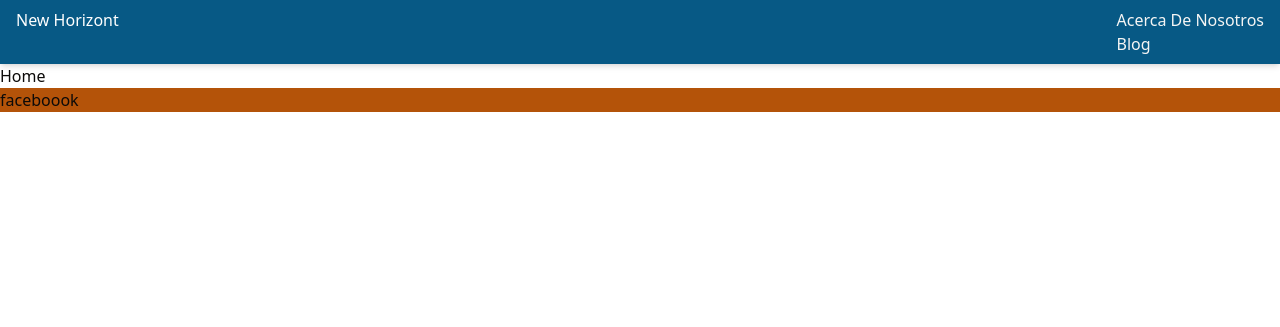
Repository: jefrydep/new-horizont-school
Page: /
The author's editor kept a copy of each file at every save. The page is drawn from the files as they stood at one save, then again after the next save.
The browser window is 1280 px wide. The pictures show the whole page.
The project was rebuilt for these pictures with package versions that can differ from the ones it lists, and the page was loaded fresh each time. The framework's server and built-in components were replaced by stand-ins that run in the browser. Also part of the build but not shown: next.config.ts.

Above is the page before, as saved 2024-11-07 19:52:08.

### src/app/(new-horizont-school)/layout.tsx
// import type { Metadata } from "next";
// import localFont from "next/font/local";

import Navbar from "@/components/Navbar";

// const geistSans = localFont({
//   src: "./fonts/GeistVF.woff",
//   variable: "--font-geist-sans",
//   weight: "100 900",
// });
// const geistMono = localFont({
//   src: "./fonts/GeistMonoVF.woff",
//   variable: "--font-geist-mono",
//   weight: "100 900",
// });

// export const metadata: Metadata = {
//   title: "Create Next App",
//   description: "Generated by create next app",
// };

export default function SchoolLayout({
  children,
}: Readonly<{
  children: React.ReactNode;
}>) {
  return (
    <html lang="en">
      <body
      // className={`${geistSans.variable} ${geistMono.variable} antialiased`}
      >
        {children}
      </body>
    </html>
  );
}

### src/app/layout.tsx
import type { Metadata } from "next";
import localFont from "next/font/local";
import "./globals.css";
import Navbar from "@/components/Navbar";
import { Button } from "@/components/ui/button";
import Footer from "@/components/Footer";

const geistSans = localFont({
  src: "./fonts/GeistVF.woff",
  variable: "--font-geist-sans",
  weight: "100 900",
});
const geistMono = localFont({
  src: "./fonts/GeistMonoVF.woff",
  variable: "--font-geist-mono",
  weight: "100 900",
});

export const metadata: Metadata = {
  title: "Create Next App",
  description: "Generated by create next app",
};

export default function RootLayout({
  children,
}: Readonly<{
  children: React.ReactNode;
}>) {
  return (
    <html lang="en">
      <body
        className={`   ${geistSans.variable} ${geistMono.variable} antialiased`}
      >
        <Navbar />
        {children}
        <div className=" sm:hidden bg-white border flex justify-center py-3  absolute bottom-0 right-0 left-0">
          <Button className="bg-green-500">
            <span>w</span> Contacto
          </Button>
        </div>
        {/* <div className="absolute bg-red-400 bottom-0 left-1/2 transform -translate-x-1/2 mb-4">
          <Button>Contacto</Button>
        </div> */}
        <Footer/>
      </body>
    </html>
  );
}

### src/app/globals.css
@tailwind base;
@tailwind components;
@tailwind utilities;

/* :root {
  --background: #ffffff;
  --foreground: #171717;
}

@media (prefers-color-scheme: dark) {
  :root {
    --background: #0a0a0a;
    --foreground: #ededed;
  }
}

body {
  color: var(--foreground);
  background: var(--background);
  font-family: Arial, Helvetica, sans-serif;
} */
@layer base {
  :root {
    --background: 0 0% 100%;
    --foreground: 20 14.3% 4.1%;
    --card: 0 0% 100%;
    --card-foreground: 20 14.3% 4.1%;
    --popover: 0 0% 100%;
    --popover-foreground: 20 14.3% 4.1%;
    --primary: 24 9.8% 10%;
    --primary-foreground: 60 9.1% 97.8%;
    --secondary: 60 4.8% 95.9%;
    --secondary-foreground: 24 9.8% 10%;
    --muted: 60 4.8% 95.9%;
    --muted-foreground: 25 5.3% 44.7%;
    --accent: 60 4.8% 95.9%;
    --accent-foreground: 24 9.8% 10%;
    --destructive: 0 84.2% 60.2%;
    --destructive-foreground: 60 9.1% 97.8%;
    --border: 20 5.9% 90%;
    --input: 20 5.9% 90%;
    --ring: 20 14.3% 4.1%;
    --chart-1: 12 76% 61%;
    --chart-2: 173 58% 39%;
    --chart-3: 197 37% 24%;
    --chart-4: 43 74% 66%;
    --chart-5: 27 87% 67%;
    --radius: 0.5rem
  }
  .dark {
    --background: 20 14.3% 4.1%;
    --foreground: 60 9.1% 97.8%;
    --card: 20 14.3% 4.1%;
    --card-foreground: 60 9.1% 97.8%;
    --popover: 20 14.3% 4.1%;
    --popover-foreground: 60 9.1% 97.8%;
    --primary: 60 9.1% 97.8%;
    --primary-foreground: 24 9.8% 10%;
    --secondary: 12 6.5% 15.1%;
    --secondary-foreground: 60 9.1% 97.8%;
    --muted: 12 6.5% 15.1%;
    --muted-foreground: 24 5.4% 63.9%;
    --accent: 12 6.5% 15.1%;
    --accent-foreground: 60 9.1% 97.8%;
    --destructive: 0 62.8% 30.6%;
    --destructive-foreground: 60 9.1% 97.8%;
    --border: 12 6.5% 15.1%;
    --input: 12 6.5% 15.1%;
    --ring: 24 5.7% 82.9%;
    --chart-1: 220 70% 50%;
    --chart-2: 160 60% 45%;
    --chart-3: 30 80% 55%;
    --chart-4: 280 65% 60%;
    --chart-5: 340 75% 55%
  }
}
@layer base {
  * {
    @apply border-border;
  }
  body {
    @apply bg-background text-foreground;
  }
}

### src/components/Navbar.tsx
"use client";
import { Menu, X } from "lucide-react";
import Link from "next/link";
import { useState } from "react";

export default function Navbar() {
  const [isOpen, setIsOpen] = useState<boolean>(false);

  return (
    <header className="bg-sky-800 shadow-md h-16">
      <div className="flex justify-between  m-auto container px-4 py-2">
        <div className="text-white">New Horizont</div>
        <nav className="outline-none hidden sm:block list-none">
          <li className="text-secondary">
            <Link href={"/about"}>Acerca De Nosotros</Link>
          </li>
          <li className="text-secondary">
            <Link href={"/blog"}>Blog</Link>
          </li>
        </nav>

        {/* Icono de Menú para abrir el menú en móvil */}
        {!isOpen && (
          <div className="sm:hidden">
            <Menu onClick={() => setIsOpen(!isOpen)} color="white" size={45} />
          </div>
        )}

        {/* Menú desplegable con animación */}
        <div
          className={`${
            isOpen ? "opacity-100 visible" : "opacity-0 invisible"
          } absolute top-0 bottom-0 right-0 left-0 bg-black opacity-95 z-30 list-none transition-all ease-in-out `}
        >
          {isOpen && (
            <>
              <li className="text-white p-4">
                <Link href={"/about"}>Acerca De Nosotros</Link>
              </li>
              <li className="text-white p-4">
                <Link href={"/blog"}>Blog</Link>
              </li>
            </>
          )}
        </div>

        {/* Botón para cerrar el menú */}
        {isOpen && (
          <div className="z-40 absolute right-4 sm:hidden">
            <X onClick={() => setIsOpen(!isOpen)} color="white" size={45} />
          </div>
        )}
      </div>
    </header>
  );
}

### src/components/ui/button.tsx
import * as React from "react"
import { Slot } from "@radix-ui/react-slot"
import { cva, type VariantProps } from "class-variance-authority"

import { cn } from "@/lib/utils"

const buttonVariants = cva(
  "inline-flex items-center justify-center gap-2 whitespace-nowrap rounded-md text-sm font-medium transition-colors focus-visible:outline-none focus-visible:ring-1 focus-visible:ring-ring disabled:pointer-events-none disabled:opacity-50 [&_svg]:pointer-events-none [&_svg]:size-4 [&_svg]:shrink-0",
  {
    variants: {
      variant: {
        default:
          "bg-primary text-primary-foreground shadow hover:bg-primary/90",
        destructive:
          "bg-destructive text-destructive-foreground shadow-sm hover:bg-destructive/90",
        outline:
          "border border-input bg-background shadow-sm hover:bg-accent hover:text-accent-foreground",
        secondary:
          "bg-secondary text-secondary-foreground shadow-sm hover:bg-secondary/80",
        ghost: "hover:bg-accent hover:text-accent-foreground",
        link: "text-primary underline-offset-4 hover:underline",
      },
      size: {
        default: "h-9 px-4 py-2",
        sm: "h-8 rounded-md px-3 text-xs",
        lg: "h-10 rounded-md px-8",
        icon: "h-9 w-9",
      },
    },
    defaultVariants: {
      variant: "default",
      size: "default",
    },
  }
)

export interface ButtonProps
  extends React.ButtonHTMLAttributes<HTMLButtonElement>,
    VariantProps<typeof buttonVariants> {
  asChild?: boolean
}

const Button = React.forwardRef<HTMLButtonElement, ButtonProps>(
  ({ className, variant, size, asChild = false, ...props }, ref) => {
    const Comp = asChild ? Slot : "button"
    return (
      <Comp
        className={cn(buttonVariants({ variant, size, className }))}
        ref={ref}
        {...props}
      />
    )
  }
)
Button.displayName = "Button"

export { Button, buttonVariants }

### src/components/Footer.tsx
export default function Footer() {
  return (
    <div className="bg-amber-700">
      <footer className="container">
        <div>faceboook</div>
      </footer>
    </div>
  );
}

Loaded but not shown: src/app/(new-horizont-school)/page.tsx (common file); src/lib/utils.ts (common file); tailwind.config.ts (common file)

After the next save:
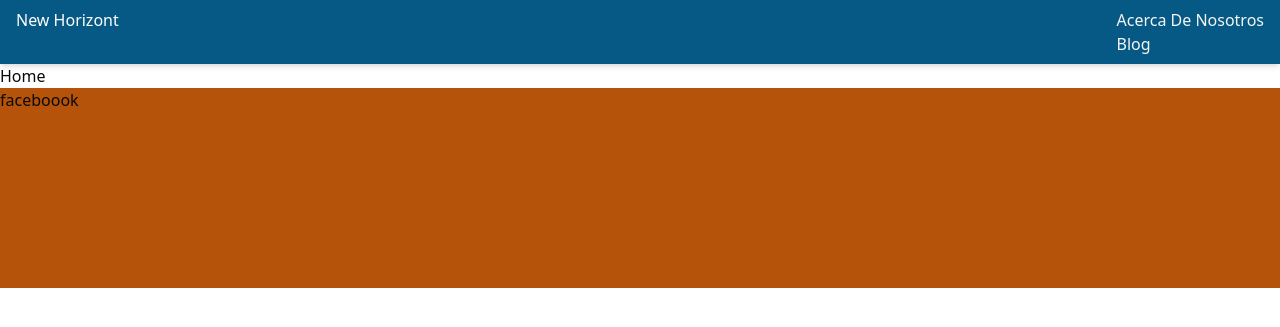
Saved 25 s later.
--- a/src/components/Footer.tsx
+++ b/src/components/Footer.tsx
@@ -1,6 +1,6 @@
 export default function Footer() {
   return (
-    <div className="bg-amber-700">
+    <div className="bg-amber-700 h-[200px]">
       <footer className="container">
         <div>faceboook</div>
       </footer>
